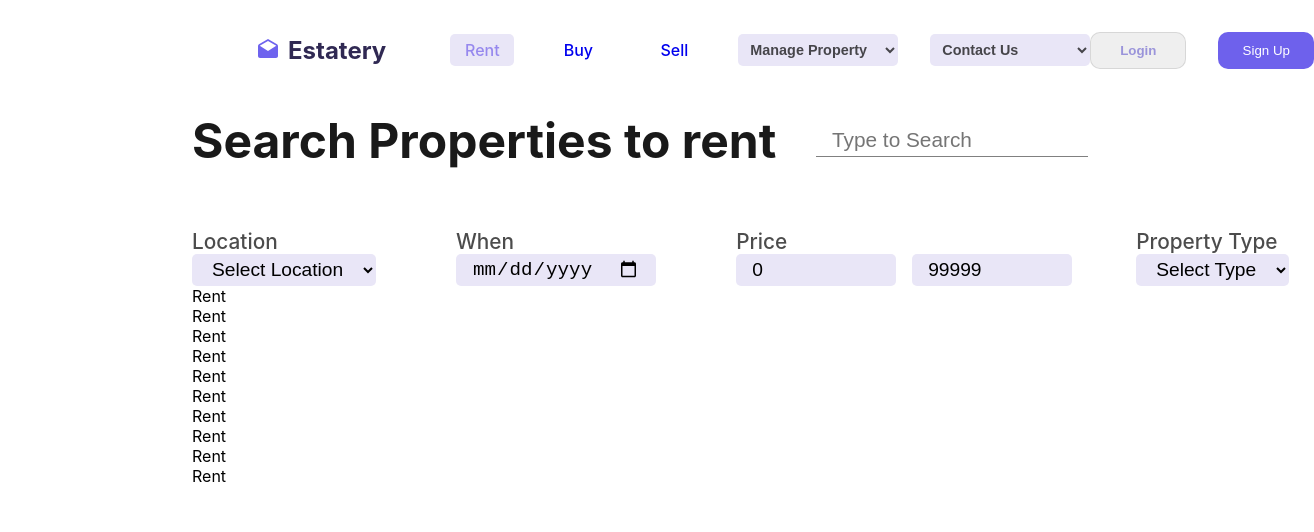
Repository: kapil4457/Reunion-Internship-Assignment
Page: /
These files come from the project's save history. The page is drawn as it stood at one moment and after the next save; the edit follows.
The browser window is 1280 px wide. The page is 1314 px wide, so the pictures cover 1314 px, including what lies to the right of the window. The pictures show the whole page.
The project was rebuilt for these pictures with package versions that can differ from the ones it lists, and the page was loaded fresh each time. Also part of the build but not shown: src/App.css.

Above is the page before, as saved 2022-10-05 14:28:31.

### src/App.js
import { Route, Routes } from 'react-router-dom';
import './App.css';
import Header from './components/Header/Header';
import Home from  './components/Home/Home'
import Rent from './components/Rent/Rent';

function App() {
  return (
    <>
    <Header />
    <Routes>
      <Route path='/' element={<Home/>}/>
      <Route path='/rent' element={<Rent/>}/>
    </Routes>
    </>
  );
}

export default App;

### src/components/Header/Header.jsx
import React from "react";
import DraftsIcon from "@mui/icons-material/Drafts";
import { NavLink } from "react-router-dom";
import "./Header.css";
const Header = () => {
  return (
    <>
      <div className="header">
        <div className="left">
          <div className="logo">
            <DraftsIcon />
            <span>Estatery</span>
          </div>
          <div className="categories">
            <NavLink
              to="/rent"
              className={({ isActive }) => (isActive ? "activeClass" : "")}
            >
              Rent
            </NavLink>
            <NavLink
              to="/buy"
              className={({ isActive }) => (isActive ? "activeClass" : "")}
            >
              Buy
            </NavLink>
            <NavLink
              to="/sell"
              className={({ isActive }) => (isActive ? "activeClass" : "")}
            >
              Sell
            </NavLink>
            <select name="" id="manage">
              <option value="Manage Property" hidden>
                Manage Property
              </option>
              <option value="Owned">Owned</option>
              <option value="BookMarked">BookMarked</option>
            </select>
            <select name="" id="resources">
              <option value="contact">Contact Us</option>
              <option value="FAQ">FAQ</option>
            </select>
          </div>
        </div>
        <div className="right">
          <button className="login">Login</button>
          <button className="sign-up">Sign Up</button>
        </div>
      </div>
    </>
  );
};

export default Header;

### src/components/Home/Home.jsx
import React, { useEffect } from "react";
import { useNavigate } from "react-router-dom";

const Home = () => {
  const navigate = useNavigate();
  useEffect(() => {
    navigate("/rent");
  });
  return <></>;
};

export default Home;

### src/components/Rent/Rent.jsx
import React, { useState } from "react";
import { home } from "../../home";
import RentCard from "../RentCard/RentCard";
import "./Rent.css";
const Rent = () => {
  const [location, setlocation] = useState("");
  const [rangeMin, setMinRange] = useState(0);
  const [rangeMax, setMaxRange] = useState(99999);
  const [type, setType] = useState("");
  const [date, setDate] = useState(new Date());
  const [typed, setTyped] = useState("");

  //date -> YY/MM/DD format
  const filtering = (val) => {
    var dateNow = new Date(val.moveIn);
    var date2 = new Date(date);

    if (
      (location === "" || location == val.state) &&
      (parseInt(rangeMax) > val.price || rangeMax == "") &&
      (parseInt(rangeMin) < val.price || rangeMin == "") &&
      type === "" &&
      date2 <= dateNow &&
      typed === ""
    ) {
      console.log(date2, dateNow);
      return true;
    }
  };
  return (
    <>
      <div className="rent-main">
        <div className="first">
          <div className="heading">Search Properties to rent</div>
          <input
            className="search-bar"
            placeholder="Type to Search"
            value={typed}
            onChange={(e) => {
              setTyped(e.target.value);
            }}
          />
        </div>
        <div className="second">
          <div>
            <span>Location</span>
            <select
              name=""
              id=""
              onChange={(e) => {
                setlocation(e.target.value);
              }}
            >
              <option value="" hidden>
                Select Location
              </option>
              <option value="Bathinda">Bathinda</option>
              <option value="Nagpur">Nagpur</option>
              <option value="Lonavala">Lonavala</option>
              <option value="Chandigarh">Chandigarh</option>
              <option value="Pune">Pune</option>
              <option value="Shimla">Shimla</option>
              <option value="Kochi">Kochi</option>
              <option value="Banaras">Banaras</option>
              <option value="Banglore">Banglore</option>
              <option value="Aurangabad">Aurangabad</option>
            </select>
          </div>
          <div>
            <span>When</span>
            <input
              type="date"
              onChange={(e) => {
                setDate(e.target.value);
              }}
            />
          </div>
          <div>
            <span>Price</span>
            <div>
              {/* <input
                type="range"
                name=""
                className="price-range"
                max={10000}
                min={500}
                onChange={(e) => {
                  setRange(e.target.value);
                }}
              />
              <span>{range}</span> */}
              <input
                type="number"
                placeholder="Minimum"
                value={rangeMin}
                onChange={(e) => {
                  setMinRange(e.target.value);
                }}
              />
              <input
                type="number"
                placeholder="Maximum"
                value={rangeMax}
                onChange={(e) => {
                  setMaxRange(e.target.value);
                }}
              />
            </div>
          </div>
          <div>
            <span>Property Type</span>
            <select
              name=""
              id=""
              onChange={(e) => {
                setType(e.target.value);
              }}
            >
              <option value="" hidden>
                Select Type
              </option>
              <option value="">Villa</option>
              <option value="">Flats</option>
              <option value="">RowHouse</option>
            </select>
          </div>
        </div>
        {home.filter(filtering).map((item, idx) => (
          <RentCard data={item} key={idx} />
        ))}
      </div>
    </>
  );
};

export default Rent;

### src/components/Header/Header.css

.header{
display:flex;
justify-content:space-between;
align-items:center;
padding:2rem 4rem;
}

.left{
    display:flex;
    align-items:center;
    gap:4rem;
}
.left > .logo{
    display:flex;
    align-items:center;
    gap:0.5rem;
    font-size:1.5rem;
    font-weight:650;
    color:rgb(48,41,83);
}

.left > .logo > svg{
    color:rgb(110,99,238);
}

.categories{
    display:flex;
    align-items:center;
    gap:2rem;
}

.categories > a{
    text-decoration:none;
    font-weight:550;
    height:2rem;
    display:flex;
    align-items:center;
    width:4rem;
    justify-content: center;
}

.activeClass{
    color:rgb(150, 136, 238);
    background-color: rgb(233,230,247);
    border-radius: 5px;
}

.categories > select{
    width:10rem;
    height:2rem;
    border:none;
    outline:none;
    color:rgba(0,0,0,0.7);
    font-weight:550;
    background-color:rgb(233,230,247);
    border-radius:5px;
    padding:0 0.5rem;
    font-size:0.9rem;
}

.categories > select > option{
    font-size:0.9rem;
    font-weight:550;
}
.right{
    display:flex;
    align-items:center;
    gap:2rem;

}

.right > button {
    width:6rem;
    height:2.3rem;
    border-radius:10px;
    outline:none;

}

.login{
border:1px solid rgba(0,0,0,0.1);
color:rgb(154, 148, 218);
font-weight:650;
cursor:pointer;
}

.sign-up
{
    background-color:rgb(110,97,236);
    color:white;
    cursor:pointer;
    border:none;
}

### src/home.js
export const home = [

        {
            state:"Nagpur",
            price:2500,
            address:" Lorem ipsum dolor sit amet consectetur adipisicing elit. Quis",
            bedCount:2,
            bathCount:2,
            area:"8x10",
            image:"h1.jpg",
            moveIn:new Date(2022,10,20),
            type:"Villa"

        },
        {
            state:"Lonavala",
            price:2600,
            address:" Lorem ipsum dolor sit amet consectetur adipisicing elit. Quis",
            bedCount:2,
            bathCount:2,
            area:"8x12",
            image:"h2.jpg",
            moveIn:new Date(2022,11,20),
            type:"Flats"



        },     {
            state:"Bathinda",
            price:3000,
            address:" Lorem ipsum dolor sit amet consectetur adipisicing elit. Quis",
            bedCount:3,
            bathCount:2,
            area:"10x12",
            image:"h3.jpg",
            moveIn:new Date(2022,11,12),
            type:"RowHouse"



        },     {
            state:"Chandigarh",
            price:2700,
            address:" Lorem ipsum dolor sit amet consectetur adipisicing elit. Quis",
            bedCount:2,
            bathCount:2,
            area:"10x10",
            image:"h4.jpg",
            moveIn:new Date(2023,1,20),
            type:"Villa"



        },     {
            state:"Pune",
            price:3800,
            address:" Lorem ipsum dolor sit amet consectetur adipisicing elit. Quis",
            bedCount:3,
            bathCount:3,
            area:"8x10",
            image:"h5.jpg",
            moveIn:new Date(2023,1,10),
            type:"Flats"


        },     {
            state:"Shimla",
            price:3400,
            address:" Lorem ipsum dolor sit amet consectetur adipisicing elit. Quis",
            bedCount:3,
            bathCount:2,
            area:"12x10",
            image:"h6.jpg",
            moveIn:new Date(2023,2,15),
            type:"RowHouse"



        },     {
            state:"Kochi",
            price:2100,
            address:" Lorem ipsum dolor sit amet consectetur adipisicing elit. Quis",
            bedCount:2,
            bathCount:2,
            area:"9x10",
            image:"h7.jpg",
            moveIn:new Date(2023 , 2 ,15),
            type:"Villa"


        },     {
            state:"Banaras",
            price:2500,
            address:" Lorem ipsum dolor sit amet consectetur adipisicing elit. Quis",
            bedCount:2,
            bathCount:2,
            area:"8x10",
            image:"h8.jpg",
            moveIn:new Date(2023 , 3 ,19),
            type:"Flats"



        },     {
            state:"Banglore",
            price:4000,
            address:" Lorem ipsum dolor sit amet consectetur adipisicing elit. Quis",
            bedCount:3,
            bathCount:2,
            area:"10x14",
            image:"h9.jpg",
            moveIn:new Date(2023 , 5 , 19),
            type:"RowHouse"



        },     {
            state:"Aurangabad",
            price:3000,
            address:" Lorem ipsum dolor sit amet consectetur adipisicing elit. Quis",
            bedCount:2,
            bathCount:2,
            area:"8x10",
            image:"h10.jpg",
            moveIn:new Date(2023 , 6 , 6),
            type:"Villa"



        },

]

### src/components/RentCard/RentCard.jsx
import React from "react";

const RentCard = ({ data }) => {
  console.log(data);
  return <div>Rent</div>;
};

export default RentCard;

### src/components/Rent/Rent.css
body{

    padding:0 12rem;
}

.first{
    display:flex;
    height:5rem;
    justify-content: space-between;
    align-items:center;
    margin-bottom:3rem;
}

.first > .heading{
    font-size:3rem;
    font-weight:650;
    color:rgba(0,0,0,0.9);
}

.first > .search-bar{
    width:15rem;
    padding:0 1rem;
    border:none;
    border-bottom:1px solid gray;
    outline:none;
    height:2rem;
    font-size:1.3rem;
}
.second > div >select {
    font-size:1.2rem;
    height:2rem;
    padding:0 1rem;
    border-radius:5px;
    border:none;
    outline:none;
    background-color:rgb(233,230,247);
}
.second > div >input  , .second > div >div>input {
    font-size:1.2rem;
    height:2rem;
    border-radius:5px;
    border:none;
    outline:none;
    padding:0 1rem;

    background-color:rgb(233,230,247);
}

.second > div >div{
display:flex;
gap:1rem;

}
.second > div >div>input{
width:8rem;

}
.second{
    display: flex;
    gap:5rem;
}
.second>div{
    display:flex;
    flex-direction: column;
    width:20rem;
}

.second >div>span{
    color:rgba(0,0,0,0.7);
    font-size:1.3rem;
    font-weight:550;
}

Loaded but not shown: public/index.html (common file); src/index.js (common file); src/index.css (common file); src/reportWebVitals.js (common file)

After the next save:
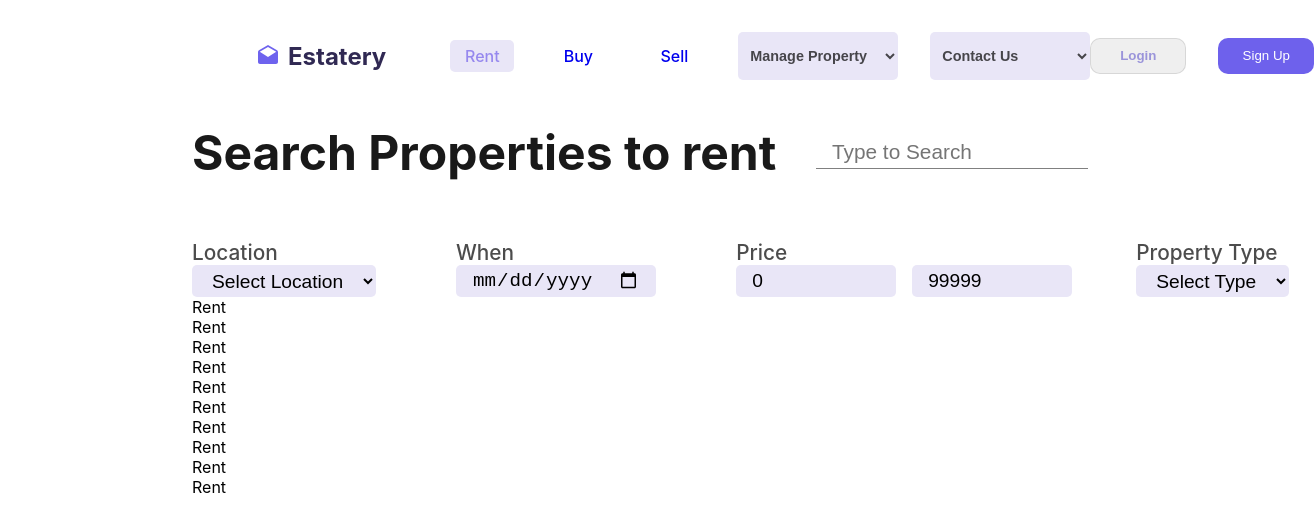
Saved 15 s later.
--- a/src/components/Header/Header.css
+++ b/src/components/Header/Header.css
@@ -48,7 +48,7 @@ padding:2rem 4rem;
 
 .categories > select{
     width:10rem;
-    height:2rem;
+    height:3rem;
     border:none;
     outline:none;
     color:rgba(0,0,0,0.7);
